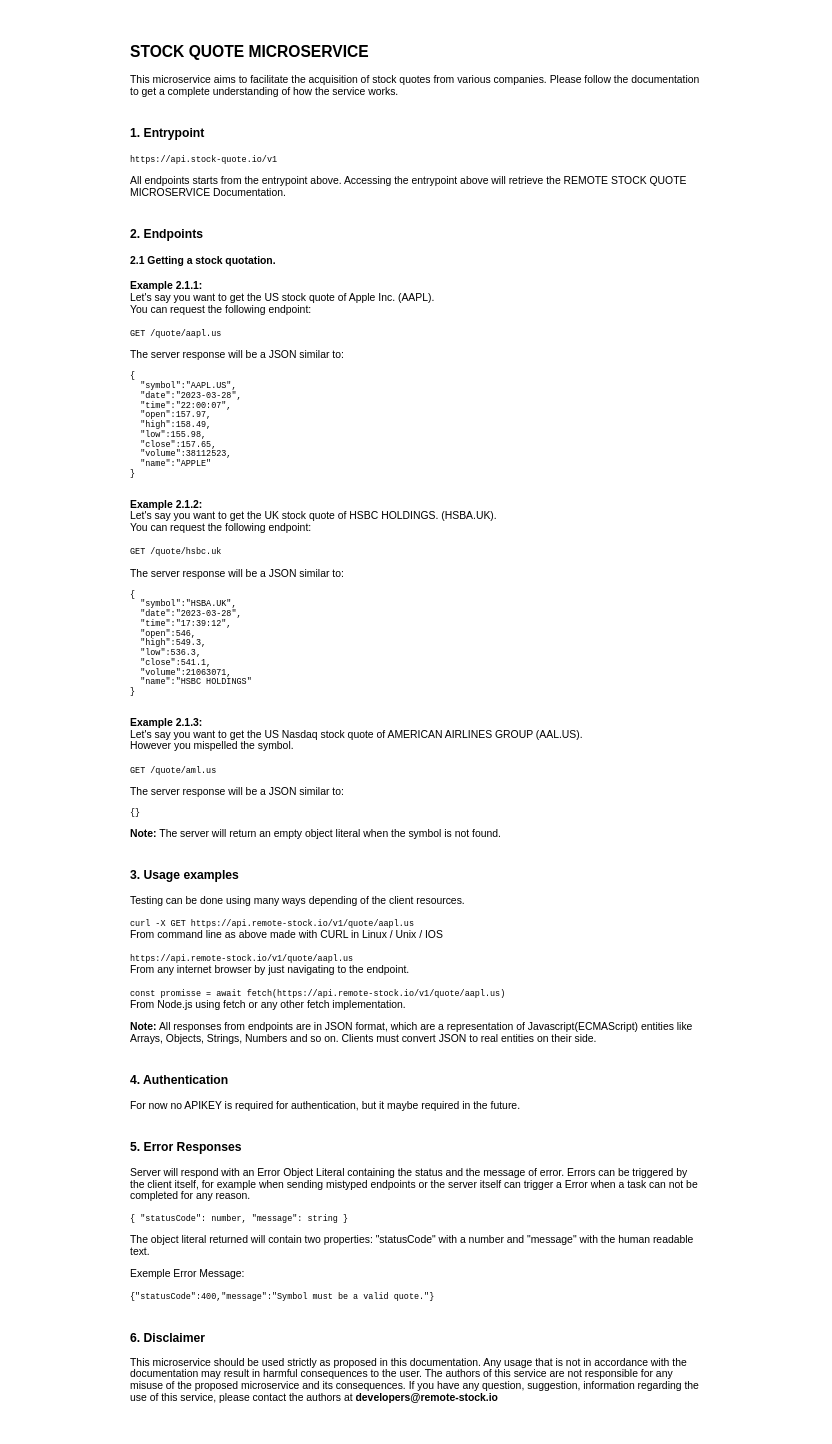
Repository: miguelamello/nest-js
Page: stock-service/documentation.html
An editor plug-in stored every save of this project. The page is shown before and after the next save, followed by the edit.
The browser window is 1280 px wide. The pictures show the whole page, at 65% of full size.

Above is the page before, as saved 2023-03-29 16:59:20.

### stock-service/documentation.html
<!DOCTYPE html>
<html lang="en">
<head>
  <meta charset="UTF-8">
  <meta http-equiv="X-UA-Compatible" content="IE=edge">
  <meta name="viewport" content="width=device-width, initial-scale=1.0">
  <title>STOCK QUOTE MICROSERVICE</title>
  <style>
    body {
      font-family: Arial, Helvetica, sans-serif;
      padding: 3% 15%;
    }
    h3 {
      margin-top: 5%;
    }
    pre {
      margin: 0;
    }
  </style>
</head>
<body>
  <h2>STOCK QUOTE MICROSERVICE</h2>
  <p>
    This microservice aims to facilitate the acquisition of stock quotes from various companies.
    Please follow the documentation to get a complete understanding of how the service works.
  </p>

  <h3>1. Entrypoint</h3>
  <code>https://api.stock-quote.io/v1</code>
  <p>
    All endpoints starts from the entrypoint above. Accessing the entrypoint
    above will retrieve the REMOTE STOCK QUOTE MICROSERVICE Documentation.
  </p>

  <h3>2. Endpoints</h3>

  <h4>2.1 Getting a stock quotation.</h4>

  <p>
    <div><b>Example 2.1.1:</b></div>
    <div>Let's say you want to get the US stock quote of Apple Inc. (AAPL).</div>
    <div>You can request the following endpoint:</div><br>
    <code>GET /quote/aapl.us</code>

    <p>The server response will be a JSON similar to:</p>

    <pre>
{
  "symbol":"AAPL.US",
  "date":"2023-03-28",
  "time":"22:00:07",
  "open":157.97,
  "high":158.49,
  "low":155.98,
  "close":157.65,
  "volume":38112523,
  "name":"APPLE"
}
    </pre>
  </p>
  <p>
    <div><b>Example 2.1.2:</b></div>
    <div>Let's say you want to get the UK stock quote of HSBC HOLDINGS. (HSBA.UK).</div>
    <div>You can request the following endpoint:</div><br>
    <code>GET /quote/hsbc.uk</code>

    <p>The server response will be a JSON similar to:</p>

    <pre>
{
  "symbol":"HSBA.UK",
  "date":"2023-03-28",
  "time":"17:39:12",
  "open":546,
  "high":549.3,
  "low":536.3,
  "close":541.1,
  "volume":21063071,
  "name":"HSBC HOLDINGS"
}
    </pre>
  </p>

  <p>
    <div><b>Example 2.1.3:</b></div>
    <div>Let's say you want to get the US Nasdaq stock quote of AMERICAN AIRLINES GROUP (AAL.US).</div>
    <div>However you mispelled the symbol.</div><br>
    <code>GET /quote/aml.us</code>

    <p>The server response will be a JSON similar to:</p>

    <pre>{}</pre>

    <p>
      <b>Note:</b> The server will return an empty object literal when the symbol is not found.
    </p>
  </p>

  <h3>3. Usage examples</h3>

  <p>Testing can be done using many ways depending of the client resources.</p>

  <code>curl -X GET https://api.remote-stock.io/v1/quote/aapl.us</code>
  <div>From command line as above made with CURL in Linux / Unix / IOS</div>
  <br>
  <code>https://api.remote-stock.io/v1/quote/aapl.us</code>
  <div>From any internet browser by just navigating to the endpoint.</div>
  <br>
  <code>const promisse = await fetch(https://api.remote-stock.io/v1/quote/aapl.us)</code>
  <div>From Node.js using fetch or any other fetch implementation.</div>

  <p>
    <b>Note:</b> All responses from endpoints are in JSON format, which are a
    representation of Javascript(ECMAScript) entities like Arrays, Objects,
    Strings, Numbers and so on. Clients must convert JSON to real entities
    on their side.
  </p>

  <h3>4. Authentication</h3>
  <p>For now no APIKEY is required for authentication, but it maybe required in the future.</p>

  <h3>5. Error Responses</h3>

  <p>
    Server will respond with an Error Object Literal containing
    the status and the message of error. Errors can be triggered
    by the client itself, for example when sending mistyped endpoints
    or the server itself can trigger a Error when a
    task can not be completed for any reason.
  </p>

  <p>
    <code>{ "statusCode": number, "message": string }</code><br>
    <div>
      The object literal returned will contain two properties:
      "statusCode" with a number and "message" with the human readable text.
    </div>
  </p>

  <p>Exemple Error Message:</p>
  <p>
    <code>
      {"statusCode":400,"message":"Symbol must be a valid quote."}
    </code>
  </p>

  <h3>6. Disclaimer</h3>
  <p>
    This microservice should be used strictly as proposed in this documentation.
    Any usage that is not in accordance with the documentation may result in harmful
    consequences to the user. The authors of this service are not responsible for
    any misuse of the proposed microservice and its consequences. If you have any question,
    suggestion, information regarding the use of this service, please contact
    the authors at <b>developers@remote-stock.io</b>
  </p>

</body>
</html>

After the next save:
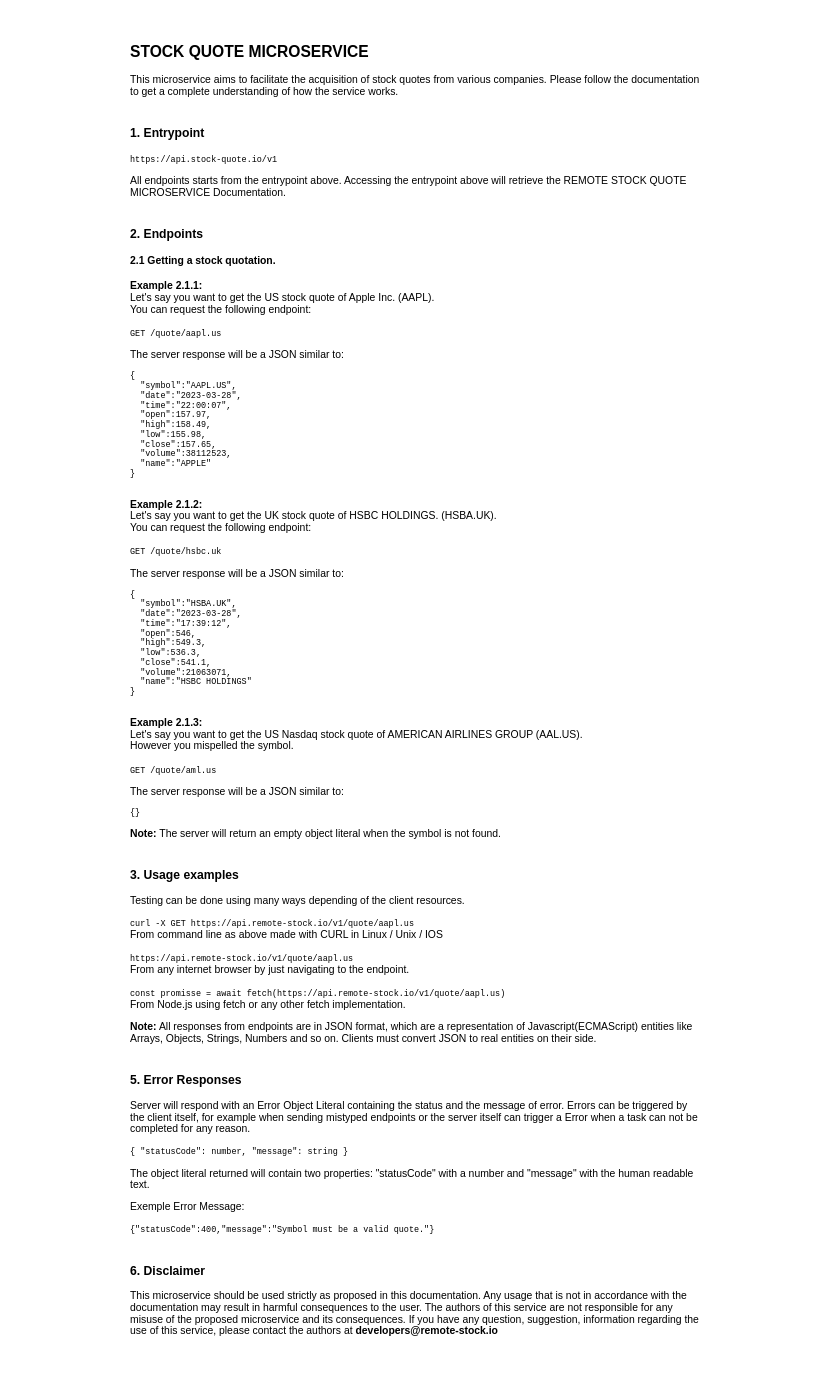
Saved 2 days later.
--- a/stock-service/documentation.html
+++ b/stock-service/documentation.html
@@ -116,8 +116,7 @@
     on their side.
   </p>
 
-  <h3>4. Authentication</h3>
-  <p>For now no APIKEY is required for authentication, but it maybe required in the future.</p>
+
 
   <h3>5. Error Responses</h3>
 
